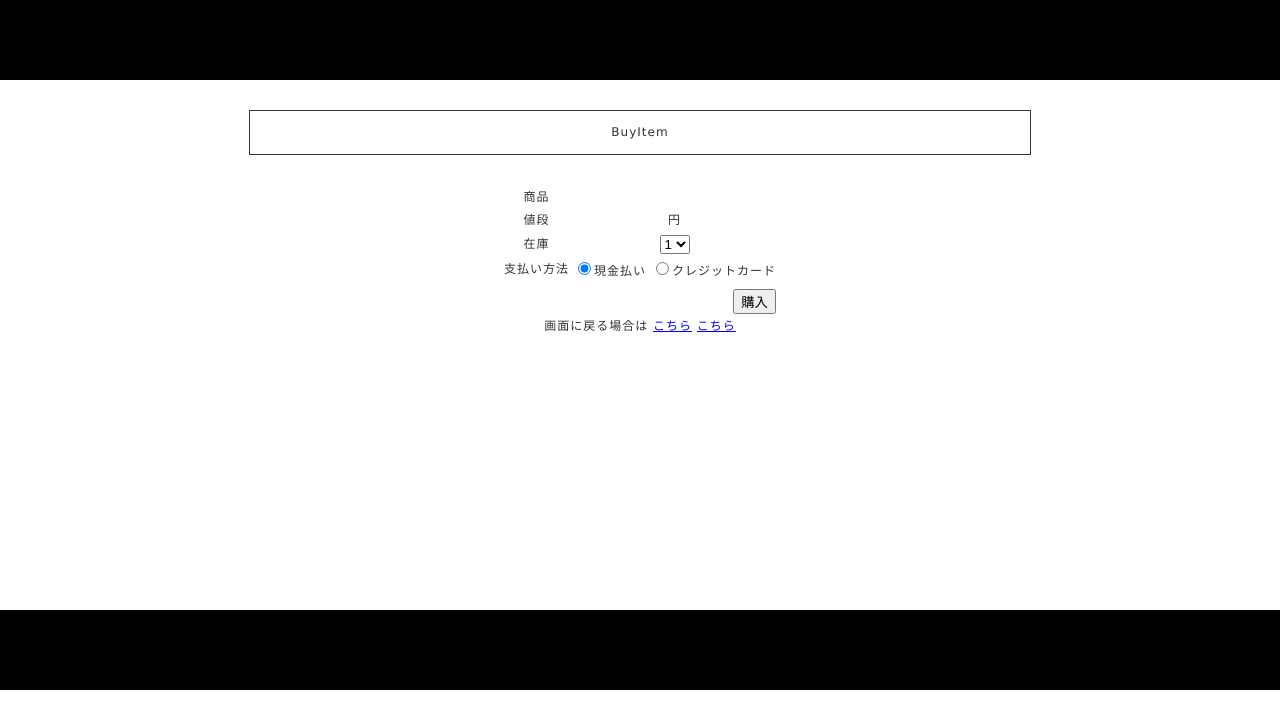
Repository: b1116248/test
Page: http://localhost/template/buyItem.jsp
The author's editor kept a copy of each file at every save. The page is drawn from the files as they stood at one save, then again after the next save.
The browser window is 1280 px wide. The pictures show the whole page.
The page is served by Tomcat 9.

Above is the page before, as saved 2018-07-19 07:09:00.

After the next save:
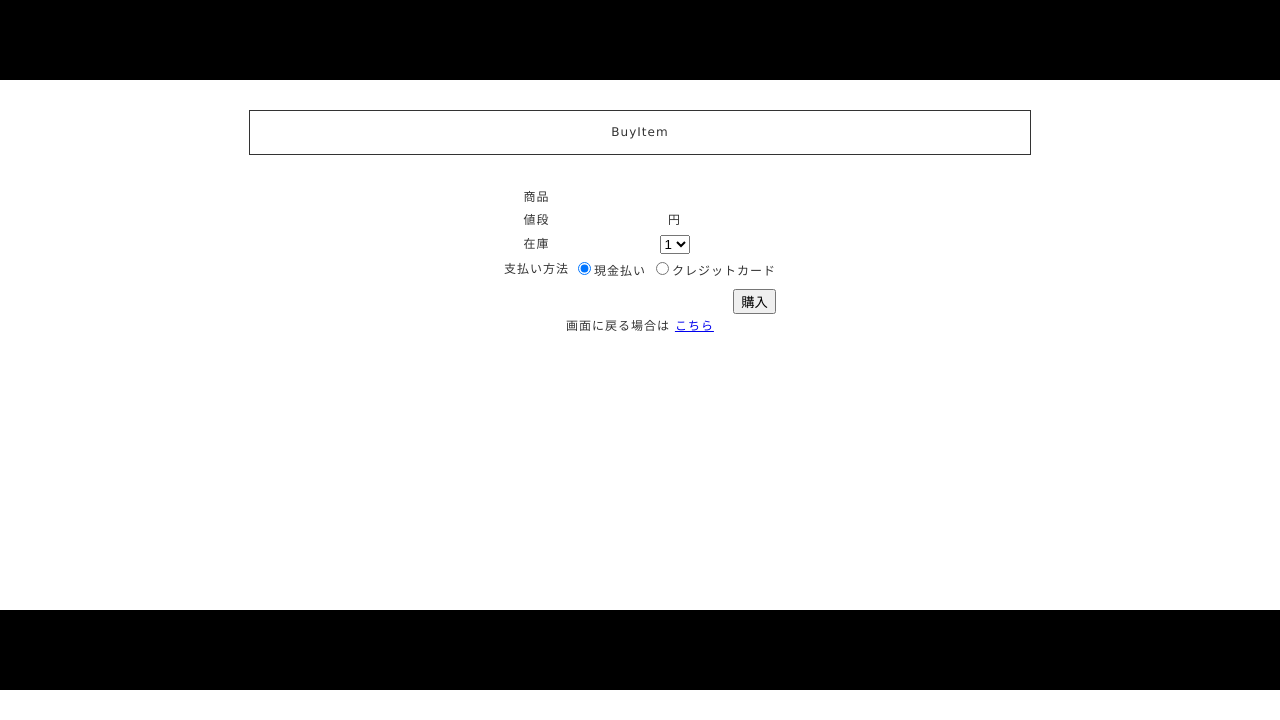
Saved 11 s later.
--- a/template/WebContent/buyItem.jsp
+++ b/template/WebContent/buyItem.jsp
@@ -147,7 +147,7 @@
 			<div>
 				<span>画面に戻る場合は</span>
 				<a href='<s:url action="HomeAction" />'>こちら</a>
-				<a href='<s:url action="HomeAction" />'>こちら</a>
+
 			</div>
 	</div>
 </div>
